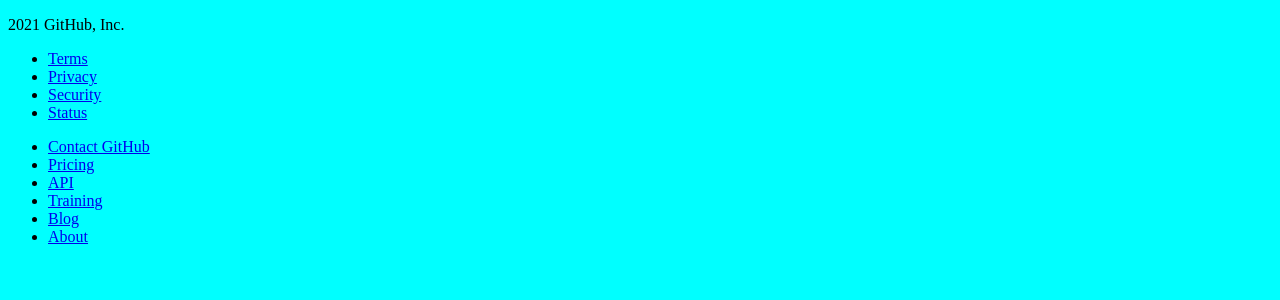
Repository: nss-evening-cohort-E23/gitsub-the-commit-commandos
Page: index.html
An editor plug-in stored every save of this project. The page is shown before and after the next save, followed by the edit.
The browser window is 1280 px wide. The pictures show the whole page.

Above is the page before, as saved 2023-05-08 19:54:37.

After the next save:
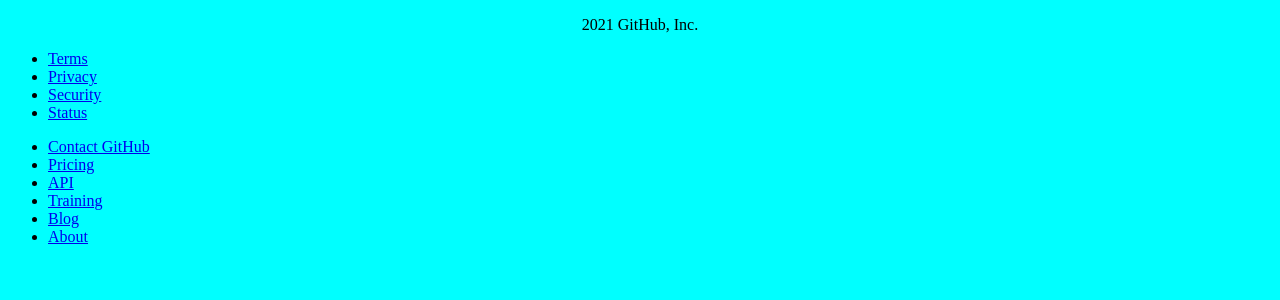
Saved 35 min 17 s later.
--- a/main.css
+++ b/main.css
@@ -1,3 +1,6 @@
 body{
   background-color: aqua;
 }
+.copyright {
+  text-align: center;
+}
